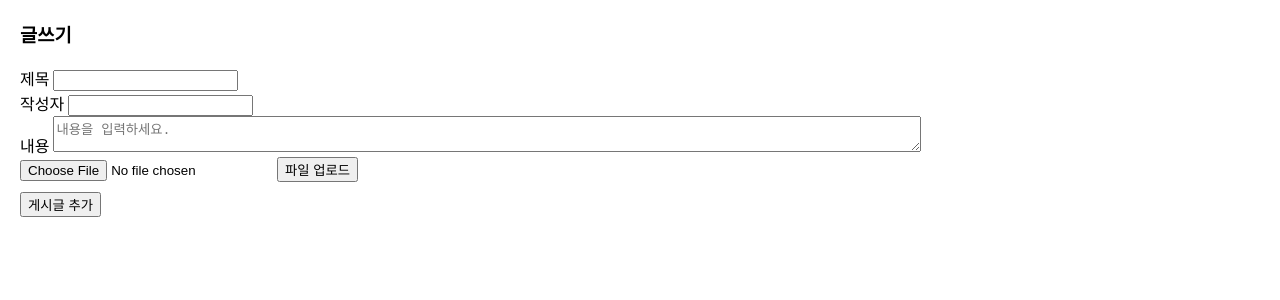
Repository: anydevil0812/board_subject
Page: http://localhost/board/write.jsp
The author's editor kept a copy of each file at every save. The page is drawn from the files as they stood at one save, then again after the next save.
The browser window is 1280 px wide. The pictures show the whole page.
The page is served by Tomcat 9. Other server files are loaded and not shown.

Above is the page before, as saved 2024-10-25 07:53:40.

### board/src/main/webapp/write.jsp
<%@page import="com.oreilly.servlet.multipart.DefaultFileRenamePolicy"%>
<%@page import="com.oreilly.servlet.MultipartRequest"%>
<%@ page contentType="text/html;charset=UTF-8" language="java" %>
<%@ taglib uri="http://java.sun.com/jsp/jstl/core" prefix="c"%>
<%@ page import="java.util.List" %>
<%

%>
<html>
<head>
    <title>Subject1-3</title>
    <link rel="stylesheet" href="./css/1.css"/>
</head>
<body>
    <div class="write-container">
       <h3>글쓰기</h3>
       <form action="upload.jsp" method="post" enctype="multipart/form-data">
       	 <div class="post-title">
       	 	<label>제목</label>
         	<label><input type="text" class="title" name="title" required /></label>
       	 </div>
       	 <div class="post-writer">
         	<label>작성자</label>
         	<label><input type="text" class="username" name="username" required /></label>
         </div>
       	 <div class="post-content">
       	 	<label>내용</label>
         	<label><textarea class="content" name="content" placeholder="내용을 입력하세요." required></textarea></label>
       	 </div>
       	 <div>
       	 	<input type="file" name="uploadFile" />
       	 	<input type="submit" value="파일 업로드" />
       	 </div>
         <input type="submit" value="게시글 추가" id="post-button"/>
       </form>
    </div>
</body>
</html>

### board/src/main/webapp/css/1.css
body {
    margin: 20px;
}

.content {
    width: 70%;
    margin: 0 auto;
}

.board-title {
	background-color: yellow;
	border: 2px solid #f6a74c;
}

.board-title dl {
    display: flex;
}

.board-title dt {
    text-align: center;
}

.board-list {
	background-color: #f2feb3;
	border: 2px solid #f6a74c;
	border-top: none;
}

.forward {
    border: 1px solid #ccc;
    margin: 10px 0;
    padding: 10px;
}

#number, #views, #writer {
	width: 10%;
}

#title {
	width: 45%;
}

#date {
	width: 20%
}

#post-button {
	margin-top: 10px;
	align-items: right;
}

.form-container {
	margin-top: 20px;
    float: right;
}

After the next save:
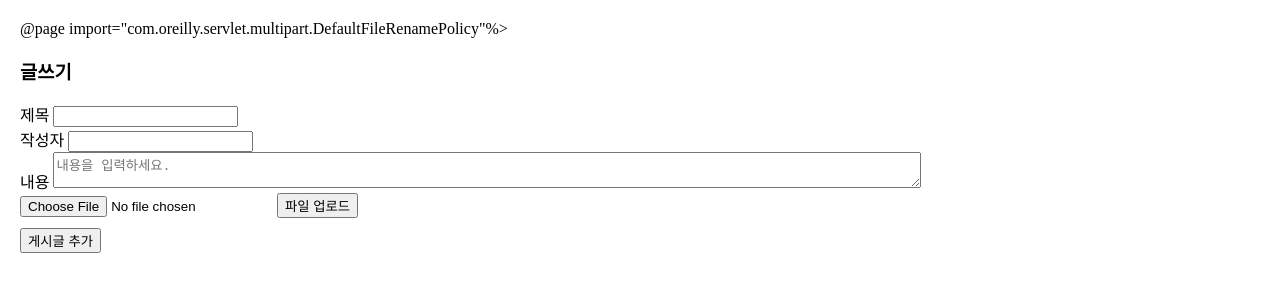
Saved 3 days later.
--- a/board/src/main/webapp/write.jsp
+++ b/board/src/main/webapp/write.jsp
@@ -1,4 +1,4 @@
-<%@page import="com.oreilly.servlet.multipart.DefaultFileRenamePolicy"%>
+@page import="com.oreilly.servlet.multipart.DefaultFileRenamePolicy"%>
 <%@page import="com.oreilly.servlet.MultipartRequest"%>
 <%@ page contentType="text/html;charset=UTF-8" language="java" %>
 <%@ taglib uri="http://java.sun.com/jsp/jstl/core" prefix="c"%>
